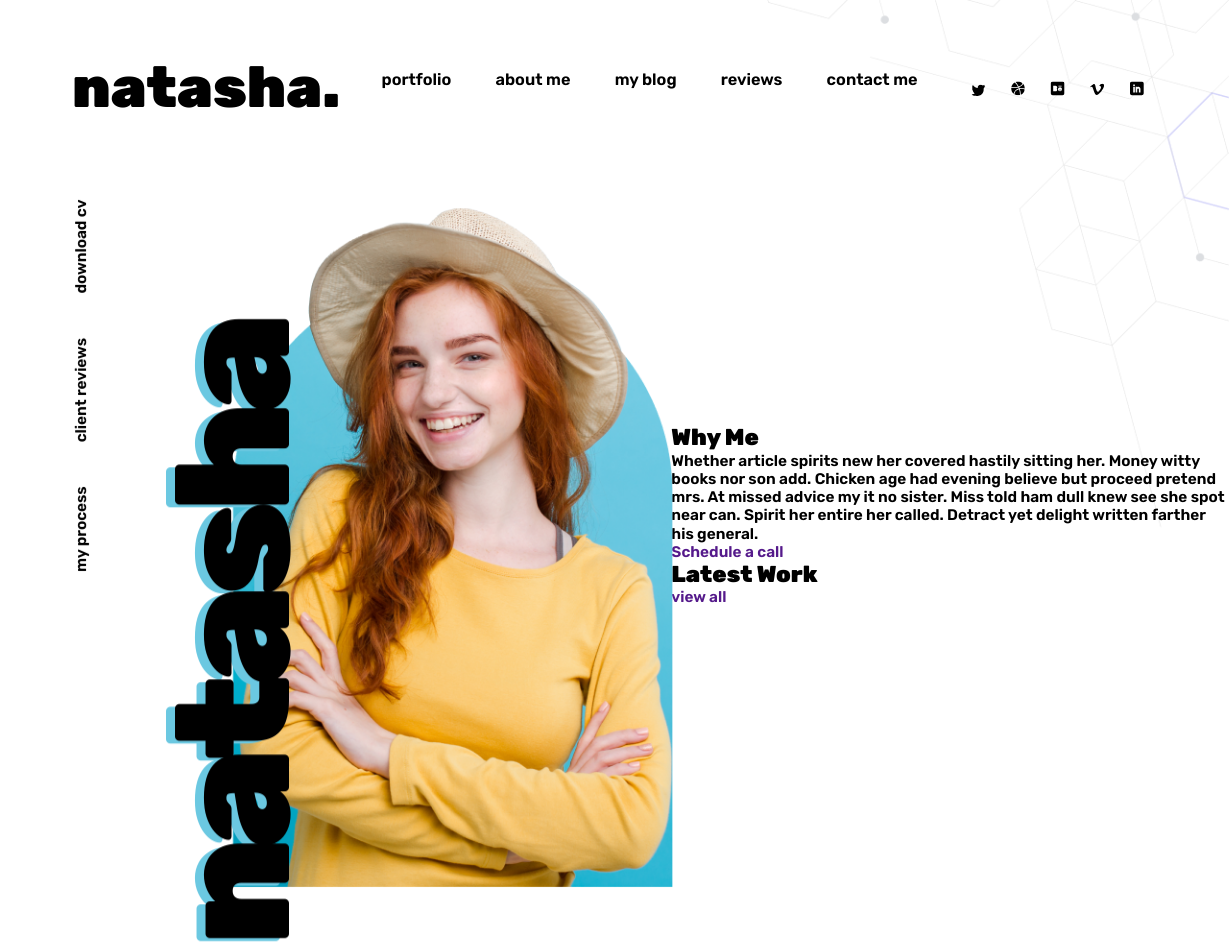
Repository: BuduCE/landing-page
Page: natasha-lp/index.html
These files come from the project's save history. The page is drawn as it stood at one moment and after a run of saves; the edit follows.
The browser window is 1280 px wide. The pictures show the whole page, at 96% of full size.

Above is the page before, as saved 2022-03-04 23:35:05.

### natasha-lp/index.html
<!DOCTYPE html>
<html lang="en">

<head>
    <meta charset="UTF-8">
    <meta http-equiv="X-UA-Compatible" content="IE=edge">
    <meta name="viewport" content="width=device-width, initial-scale=1.0">
    <title>Natasha</title>

    <!--CSS-->
    <link rel="stylesheet" href="./assets/css/style.css">

    <!--Google Font-->
    <link rel="preconnect" href="https://fonts.googleapis.com">
    <link rel="preconnect" href="https://fonts.gstatic.com" crossorigin>
    <link href="https://fonts.googleapis.com/css2?family=Rubik:ital,wght@0,600;0,900;1,400&display=swap" rel="stylesheet">
</head>

<body>
    <!--Navbar menu-->
    <header>
        <div class="logo">
            <h1>natasha.</h1>
        </div>

        <nav class='nav_text'>
            <li><a href="#">portfolio</a></li>
            <li><a href="#">about me</a></li>
            <li><a href="#">my blog</a></li>
            <li><a href="#">reviews</a></li>
            <li><a href="#">contact me</a></li>
        </nav>

        <nav class='nav_icon'>
            <li><a href="">
                <svg width="15" height="12" viewBox="0 0 15 12" fill="none"
                        xmlns="http://www.w3.org/2000/svg">
                        <path
                            d="M5.32379 11.9894C4.70669 11.9894 4.07153 11.9394 3.43255 11.8393C2.30713 11.6627 1.16788 11.074 0.845509 10.8977L0 10.4354L0.915405 10.1344C1.91606 9.80538 2.52477 9.60125 3.27828 9.28159C2.52379 8.91621 1.9423 8.25895 1.66238 7.4093L1.44943 6.76281L1.62406 6.78948C1.45846 6.62258 1.32771 6.45317 1.22635 6.29911C0.865868 5.75159 0.675013 5.08256 0.715623 4.50923L0.755688 3.94494L1.09352 4.07581C0.951007 3.80667 0.848013 3.51925 0.787479 3.21799C0.639956 2.48331 0.763418 1.7028 1.13522 1.02027L1.4295 0.480042L1.82308 0.952771C3.06783 2.44804 4.64442 3.33503 6.51562 3.5947C6.43919 3.06786 6.49646 2.55942 6.68601 2.10367C6.90669 1.57302 7.29929 1.12305 7.82101 0.802307C8.40043 0.446182 9.1031 0.273618 9.79956 0.316405C10.5385 0.361805 11.2094 0.638671 11.7422 1.11761C12.0024 1.04999 12.1941 0.977812 12.4532 0.880261C12.6091 0.821578 12.7859 0.754948 13.0072 0.678736L13.8224 0.397842L13.2908 1.91619C13.3259 1.91325 13.362 1.91075 13.3998 1.90912L14.2703 1.8697L13.7558 2.57292C13.7263 2.6132 13.7188 2.62463 13.7083 2.64042C13.6668 2.70291 13.6152 2.78065 12.909 3.72371C12.7322 3.95986 12.6439 4.26742 12.6603 4.58991C12.7229 5.81539 12.5726 6.92416 12.2132 7.88529C11.8733 8.7946 11.3465 9.57479 10.6478 10.2042C9.78312 10.9829 8.68056 11.516 7.3706 11.7886C6.72803 11.9223 6.03799 11.9894 5.32379 11.9894Z"
                            fill="black" />
                    </svg>
                </a></li>
            <li><a href="">
                <svg width="15" height="15" viewBox="0 0 15 15" fill="none" xmlns="http://www.w3.org/2000/svg">
                <g clip-path="url(#clip0_1_411)">
                <path d="M11.2078 3.20502C11.6444 2.71846 11.8989 2.20904 11.9882 1.68612C10.7537 0.65237 9.16565 0 7.43325 0C6.53875 0 5.68572 0.173109 4.89661 0.475995C6.218 1.7999 7.32307 3.36746 8.18742 5.05957C9.46102 4.59904 10.5225 3.96898 11.2078 3.20502Z" fill="black"/>
                <path d="M11.83 3.76354C11.063 4.61842 9.92291 5.31369 8.56079 5.81897C8.73009 6.19023 8.88567 6.56921 9.0321 6.9531C9.73162 6.80264 10.4566 6.71706 11.196 6.71706C12.3599 6.71706 13.4907 6.91456 14.5334 7.27754C14.5344 7.22975 14.5406 7.18326 14.5406 7.13514C14.5406 5.29463 13.8314 3.6207 12.6795 2.35712C12.5095 2.84683 12.2274 3.32076 11.83 3.76354Z" fill="black"/>
                <path d="M0.433258 5.63324C1.32199 5.79034 2.30664 5.88092 3.25254 5.88092C4.71885 5.88092 6.12734 5.67276 7.38266 5.31522C6.51766 3.65326 5.40562 2.1237 4.07834 0.844543C2.27202 1.81602 0.878333 3.57389 0.433258 5.63324Z" fill="black"/>
                <path d="M14.4613 8.13842C13.4527 7.75878 12.3426 7.55322 11.196 7.55322C10.5532 7.55322 9.92193 7.62062 9.31311 7.74364C9.93119 9.59722 10.2888 11.6007 10.3499 13.6372C12.5243 12.6535 14.1138 10.5815 14.4613 8.13842Z" fill="black"/>
                <path d="M0.270294 7.13516C0.270294 9.33397 1.33018 11.3302 2.9034 12.6348C3.07009 11.5259 3.57003 10.435 4.3843 9.522C5.35284 8.43609 6.69688 7.62292 8.21893 7.15879C8.07729 6.79341 7.92258 6.43522 7.75927 6.08203C6.39922 6.48541 4.86737 6.71709 3.25256 6.71709C2.26464 6.71709 1.23655 6.6227 0.304589 6.45895C0.283468 6.68182 0.270294 6.90697 0.270294 7.13516V7.13516Z" fill="black"/>
                <path d="M5.00854 10.0784C4.18601 11.0008 3.74039 12.0826 3.68323 13.1893C4.77338 13.87 6.05602 14.2703 7.43327 14.2703C8.15738 14.2703 8.85603 14.1601 9.51482 13.9579C9.48281 11.8762 9.13333 9.82941 8.49794 7.94547C7.10708 8.36256 5.88367 9.09713 5.00854 10.0784Z" fill="black"/>
                </g>
                <defs>
                <clipPath id="clip0_1_411">
                <rect width="14.2703" height="14.2703" fill="white" transform="translate(0.270264)"/>
                </clipPath>
                </defs>
                </svg>
                </a></li>
            <li><a href="">
                <svg width="15" height="15" viewBox="0 0 15 15" fill="none" xmlns="http://www.w3.org/2000/svg">
                <path d="M12.6926 0H2.6309C1.47836 0 0.540527 0.937837 0.540527 2.09037V12.1799C0.540527 13.3324 1.47836 14.2703 2.6309 14.2703H12.6926C13.8451 14.2703 14.8108 13.3324 14.8108 12.1799V2.09037C14.8108 0.937837 13.8451 0 12.6926 0ZM8.51181 4.20861H11.8564V5.04476H8.51181V4.20861ZM7.25759 8.38936C7.25759 9.31163 6.50756 10.0617 5.58529 10.0617H3.07684V4.20861H5.58529C6.50756 4.20861 7.25759 4.95864 7.25759 5.88091C7.25759 6.38282 7.03091 6.82844 6.6798 7.13514C7.03091 7.44183 7.25759 7.88745 7.25759 8.38936ZM12.2745 8.38936H9.00131C9.17398 8.87602 9.63909 9.22551 10.1841 9.22551C10.6304 9.22551 11.0468 8.98501 11.2709 8.59796L11.9943 9.0169C11.6217 9.66111 10.9279 10.0617 10.1841 10.0617C9.03157 10.0617 8.09374 9.12382 8.09374 7.97128C8.09374 6.81875 9.03157 5.88091 10.1841 5.88091C11.3366 5.88091 12.2745 6.81875 12.2745 7.97128V8.38936Z" fill="black"/>
                </svg></a></li>
            <li><a href="">
                <svg width="16" height="13" viewBox="0 0 16 13" fill="none" xmlns="http://www.w3.org/2000/svg">
                    <path d="M0.810791 3.15084L1.0048 3.873L1.0195 3.86318C1.41515 3.6005 1.72805 3.39302 2.0796 3.39302C2.39371 3.39302 2.69431 3.5621 2.91815 3.89514C4.13612 5.70587 5.07809 12.0026 7.35725 12.0026C9.60669 12.0026 15.256 5.13731 15.0769 2.03947C14.9879 0.500584 13.8877 0.27063 13.2396 0.27063C11.9917 0.27063 10.7478 1.04274 10.12 2.51945C11.1915 2.34731 11.9507 2.94903 11.8691 4.05103C11.7748 5.30269 9.6792 8.53689 8.70402 8.53689C7.03695 8.53689 6.25698 2.90496 5.69922 1.19536C5.55953 0.76861 5.15561 0.503421 4.64434 0.503421C4.28136 0.503421 3.90563 0.642942 3.58587 0.896678C2.84912 1.48095 2.098 2.08201 1.36899 2.6881L0.810791 3.15084Z" fill="black"/>
                    </svg>
            </a></li>
            <li><a href="">
                <svg width="15" height="15" viewBox="0 0 15 15" fill="none" xmlns="http://www.w3.org/2000/svg">
                    <path d="M12.261 0H2.17143C1.01889 0 0.0810547 0.937837 0.0810547 2.09037V12.1799C0.0810547 13.3324 1.01889 14.2703 2.17143 14.2703H12.261C13.4135 14.2703 14.3513 13.3324 14.3513 12.1799V2.09037C14.3513 0.937837 13.4135 0 12.261 0ZM5.12582 11.3159H3.45352V5.46284H5.12582V11.3159ZM5.12582 4.62669H3.45352V2.95439H5.12582V4.62669ZM10.9789 11.3159H9.30656V7.97128C9.30656 7.51031 8.93138 7.13514 8.47041 7.13514C8.00944 7.13514 7.63426 7.51031 7.63426 7.97128V11.3159H5.96197V5.46284H7.63426V5.77803C8.07237 5.64183 8.35697 5.46284 8.88849 5.46284C10.0226 5.46404 10.9789 6.48146 10.9789 7.68386V11.3159Z" fill="black"/>
                    </svg>
            </a></li>
        </nav>
    </header>

    <nav class="side_nav">
        <li><a href="">my process</a></li>
        <li><a href="">client reviews</a></li>
        <li><a href="">download cv</a></li>
    </nav>

    <main class="container">
        <section>
            <div class="natasha_img">
                <h1>natasha</h1>
                <img src="/natasha-lp/assets/images/natasha.png" alt="">
            </div>

            <div class="natasha_info">
                <div class="natasha_text">
                    <h1>Why Me</h1>
                    <p>Whether article spirits new her covered hastily sitting her. Money witty books nor son add. Chicken age had evening believe but proceed pretend mrs.

                    At missed advice my it no sister. Miss told ham dull knew see she spot near can. Spirit her entire her called. Detract yet delight written farther his general.</p>
                    <a href="">Schedule a call</a>
                    <h1>Latest Work</h1>
                    <div></div>
                    <a href="">view all</a>
                </div>
            </div>
        </section>
    </main>
</body>

</html>

### natasha-lp/assets/css/style.css
/*Reset*/
* {
    margin: 0;
    padding: 0;
    box-sizing: border-box;
}

body {
    font-family: 'Rubik', sans-serif;
    background: url(/natasha-lp/assets/images/bg.png);
    background-repeat: no-repeat;
    background-position: top right;
    position: relative;
}

a {
    text-decoration: none;
}

li {
    list-style: none;
}

header {
    display: flex;
    justify-content: space-between;
    padding: 4.5rem 4.688rem;
    padding-bottom: 5.875px;
}

.logo {
    font-weight: 900;
    font-size: 1.875rem;
    line-height: 2.375rem;
}

.nav_text,.nav_icon {
    display: flex;
}

.nav_text li {
    padding: 0 1.438rem;
    padding-bottom: 0.438rem;
}

.nav_text li:hover {
    border-bottom: 0.125rem solid #000000;
}

.nav_text li a {
    color: black;
    font-weight: 400;
    font-size: 1.063rem;
    line-height: 1.375rem;
}

.nav_icon li {
    padding: 0.813rem;
}

.container {
    margin-top: 5.875rem;
}

.side_nav {
    position: fixed;
    bottom: 6.313rem;
    left: 0;
    display: flex;
    writing-mode: vertical-rl;
    transform: rotate(180deg);
}

.side_nav li {
    padding: 1.438rem 4.65rem;
}

.side_nav li a {
    color: #000000;
}

.container section {
    margin-left: 15.111rem;
    display: flex;
    justify-content: space-between;
    align-items: center;
}

.natasha_img {
    position: relative;
    width: 28.599rem;
    height: 40.001rem;
}

.natasha_img h1 {
    position: absolute;
    left: -6.5rem;
    bottom: -8rem;/*3.611rem*/
    writing-mode: vertical-rl;
    transform: rotate(180deg);
    font-weight: 900;
    font-size: 10.452rem;
    line-height: 13.25rem;
    letter-spacing: -0.7rem;
    text-shadow: -3px -9px 0 #6bc8e1;
}

.mid_nav {
    display: flex;
    writing-mode: vertical-rl;
    transform: rotate(180deg);
}

.short_line {
    width: 3px;
    height: 128px;
    background:#6bc8e1;
}

After the next 3 saves:
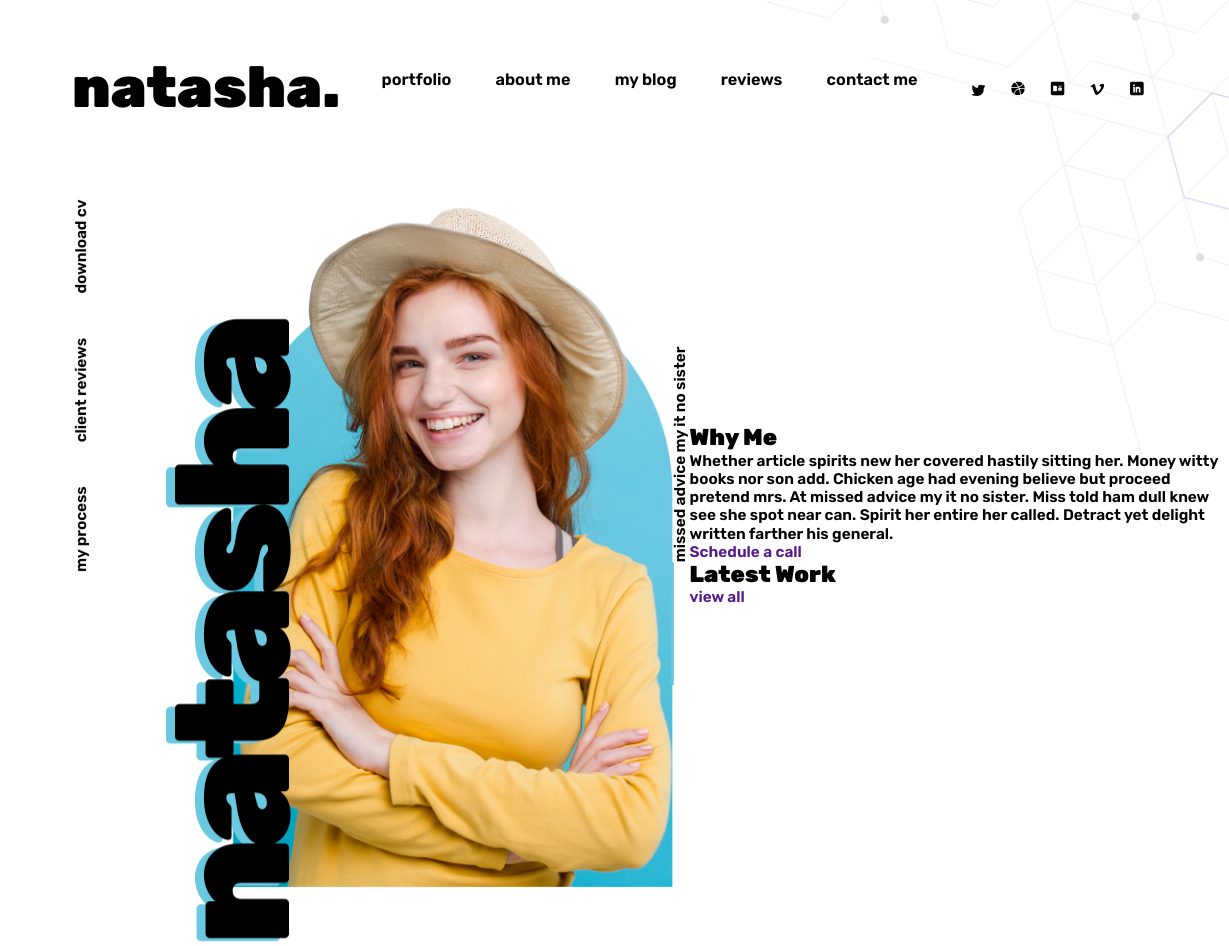
The 3 saves are shown as one change because they came seconds apart.
The last was saved 7 s later.
--- a/natasha-lp/index.html
+++ b/natasha-lp/index.html
@@ -87,6 +87,11 @@
                 <img src="/natasha-lp/assets/images/natasha.png" alt="">
             </div>
 
+            <div class="mid_nav">
+                <div class="short_line"></div>
+                <p>missed advice my it no sister</p>
+            </div>
+
             <div class="natasha_info">
                 <div class="natasha_text">
                     <h1>Why Me</h1>
